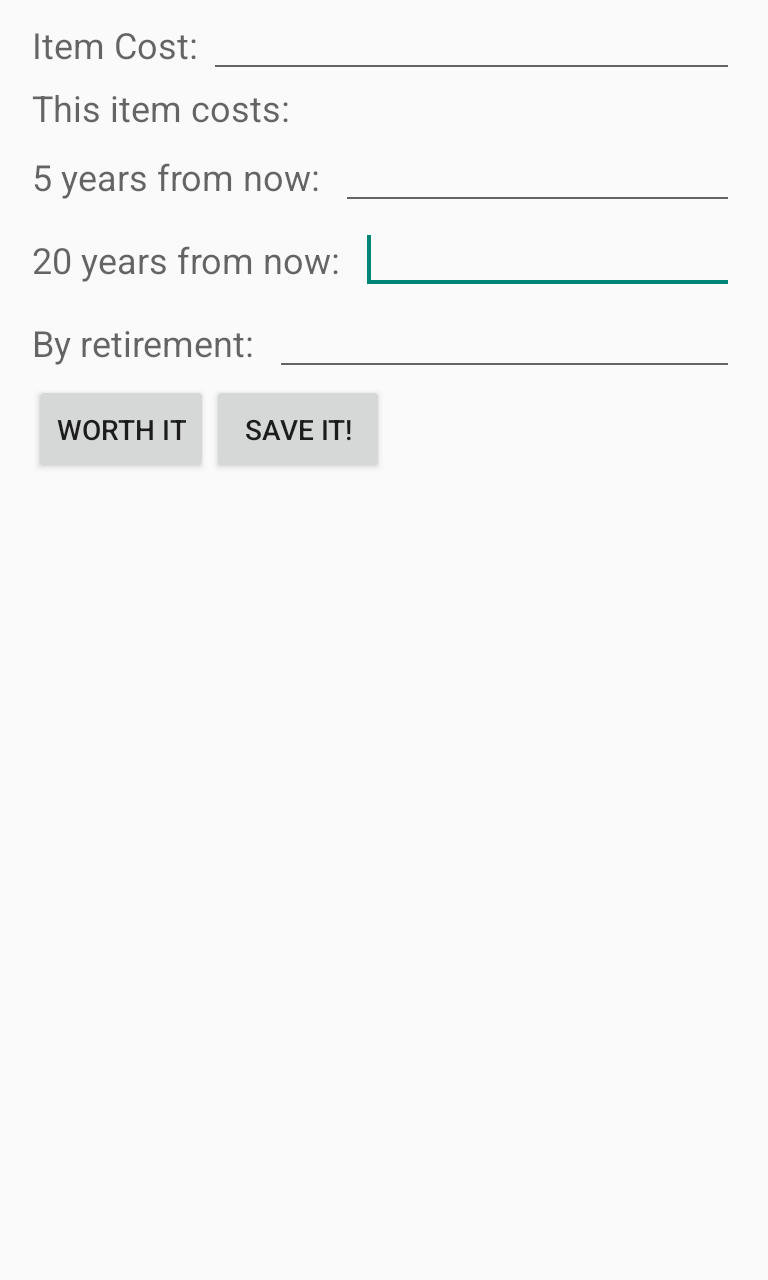
Repository: aallev11/saveit
Layout: ShouldISaveIt/res/layout/activity_main.xml
These files come from the project's save history. The layout is drawn as it stood at one moment and after the next save; the edit follows.
It is drawn on a 768 x 1280 px phone screen (xhdpi) without system bars, with theme AppTheme; the app's code is not run.

Above is the layout before, as saved 2014-03-29 21:31:40.

### ShouldISaveIt/res/layout/activity_main.xml
<FrameLayout xmlns:android="http://schemas.android.com/apk/res/android"
    xmlns:tools="http://schemas.android.com/tools"
    android:id="@+id/container"
    android:layout_width="match_parent"
    android:layout_height="match_parent"
    tools:context="com.example.shouldisaveit.MainActivity"
    tools:ignore="MergeRootFrame" >

    <LinearLayout
        android:layout_width="fill_parent"
        android:layout_height="fill_parent"
        android:orientation="vertical"
        android:paddingLeft="16dp"
        android:paddingRight="16dp" >

        <LinearLayout
            android:layout_width="fill_parent"
            android:layout_height="wrap_content"
            android:orientation="horizontal" >

            <TextView
                android:id="@+id/itemCost"
                android:layout_width="wrap_content"
                android:layout_height="wrap_content"
                android:text="Item Cost: "
                android:textAppearance="?android:attr/textAppearanceMedium" />

            <EditText
                android:id="@+id/editItemCost"
                android:layout_width="match_parent"
                android:layout_height="wrap_content"
                android:ems="10"
                android:inputType="numberDecimal"
                android:onClick="changeTextValue"
                android:width="40dp" >

                <requestFocus />
            </EditText>
        </LinearLayout>

        <TextView
            android:layout_width="fill_parent"
            android:layout_height="wrap_content"
            android:text="This item costs:  "
            android:textAppearance="?android:attr/textAppearanceMedium" />

        <LinearLayout
            android:layout_width="fill_parent"
            android:layout_height="wrap_content"
            android:orientation="horizontal" >

            <TextView
                android:layout_width="wrap_content"
                android:layout_height="wrap_content"
                android:text="5 years from now:  "
                android:textAppearance="?android:attr/textAppearanceMedium" />

            <EditText
                android:id="@+id/edit5years"
                android:layout_width="match_parent"
                android:layout_height="wrap_content"
                android:ems="10"
                android:inputType="number"
                android:onClick="changeTextValue"
                android:width="40dp" >
            </EditText>
        </LinearLayout>

        <LinearLayout
            android:layout_width="fill_parent"
            android:layout_height="wrap_content"
            android:orientation="horizontal" >

            <TextView
                android:layout_width="wrap_content"
                android:layout_height="wrap_content"
                android:text="20 years from now:  "
                android:textAppearance="?android:attr/textAppearanceMedium" />

            <EditText
                android:id="@+id/edit20years"
                android:layout_width="match_parent"
                android:layout_height="wrap_content"
                android:ems="10"
                android:inputType="number"
                android:onClick="changeTextValue"
                android:width="40dp" >

                <requestFocus />
            </EditText>
        </LinearLayout>

        <LinearLayout
            android:layout_width="fill_parent"
            android:layout_height="wrap_content"
            android:orientation="horizontal" >

            <TextView
                android:layout_width="wrap_content"
                android:layout_height="wrap_content"
                android:text="By retirement:  "
                android:textAppearance="?android:attr/textAppearanceMedium" />

            <EditText
                android:id="@+id/editByRetirement"
                android:layout_width="match_parent"
                android:layout_height="wrap_content"
                android:ems="10"
                android:inputType="number"
                android:onClick="changeTextValue"
                android:width="40dp" >
            </EditText>
        </LinearLayout>

        <LinearLayout
            android:layout_width="fill_parent"
            android:layout_height="wrap_content"
            android:orientation="horizontal" >

            <Button
                android:id="@+id/worthIt"
                android:layout_width="wrap_content"
                android:layout_height="wrap_content"
                android:onClick="worthIt"
                android:text="Worth It" />

            <Button
                android:id="@+id/saveIt"
                android:layout_width="wrap_content"
                android:layout_height="wrap_content"
                android:text="Save It!" />
        </LinearLayout>
    </LinearLayout>

</FrameLayout>

Loaded but not shown: ShouldISaveIt/res/values/styles.xml (common file); ShouldISaveIt/res/values-v11/styles.xml (common file); ShouldISaveIt/res/values-v14/styles.xml (common file)

After the next save:
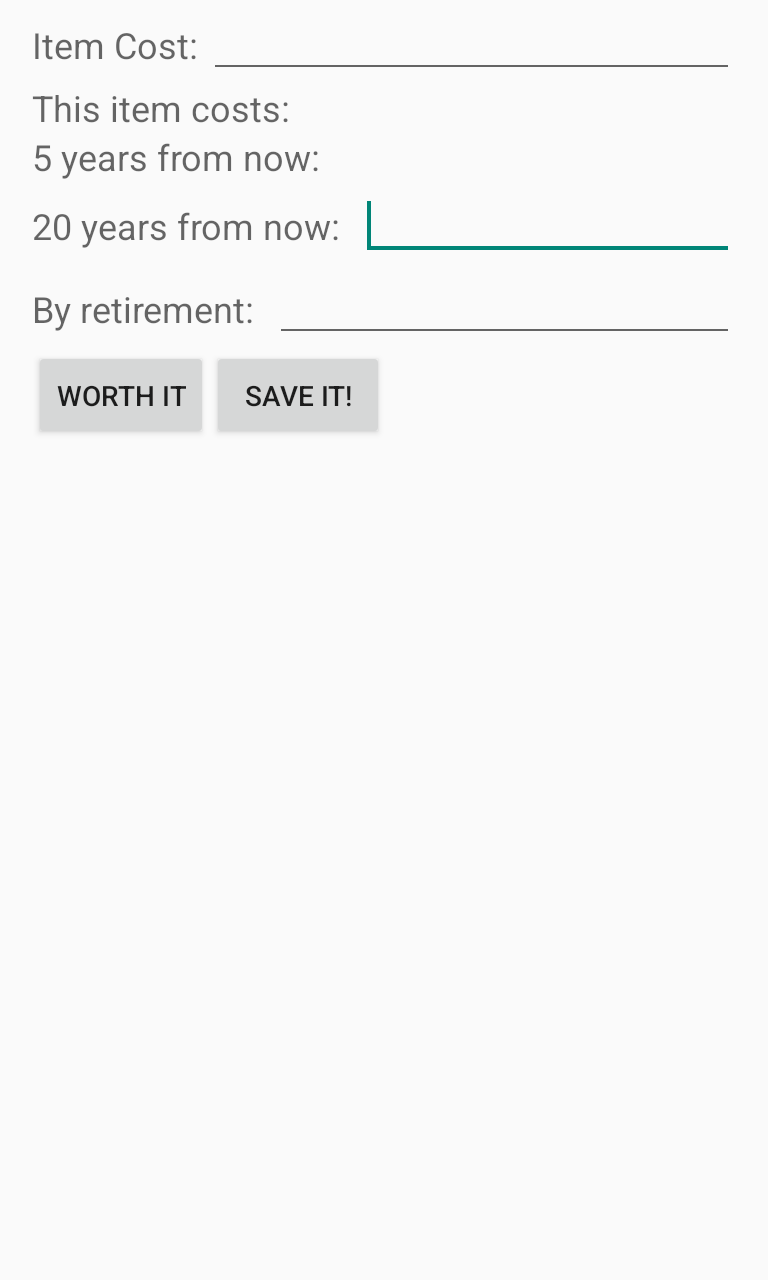
Saved 2 min 57 s later.
--- a/ShouldISaveIt/res/layout/activity_main.xml
+++ b/ShouldISaveIt/res/layout/activity_main.xml
@@ -55,15 +55,13 @@
                 android:text="5 years from now:  "
                 android:textAppearance="?android:attr/textAppearanceMedium" />
 
-            <EditText
+            <TextView
                 android:id="@+id/edit5years"
                 android:layout_width="match_parent"
                 android:layout_height="wrap_content"
                 android:ems="10"
-                android:inputType="number"
-                android:onClick="changeTextValue"
                 android:width="40dp" >
-            </EditText>
+            </TextView>
         </LinearLayout>
 
         <LinearLayout
